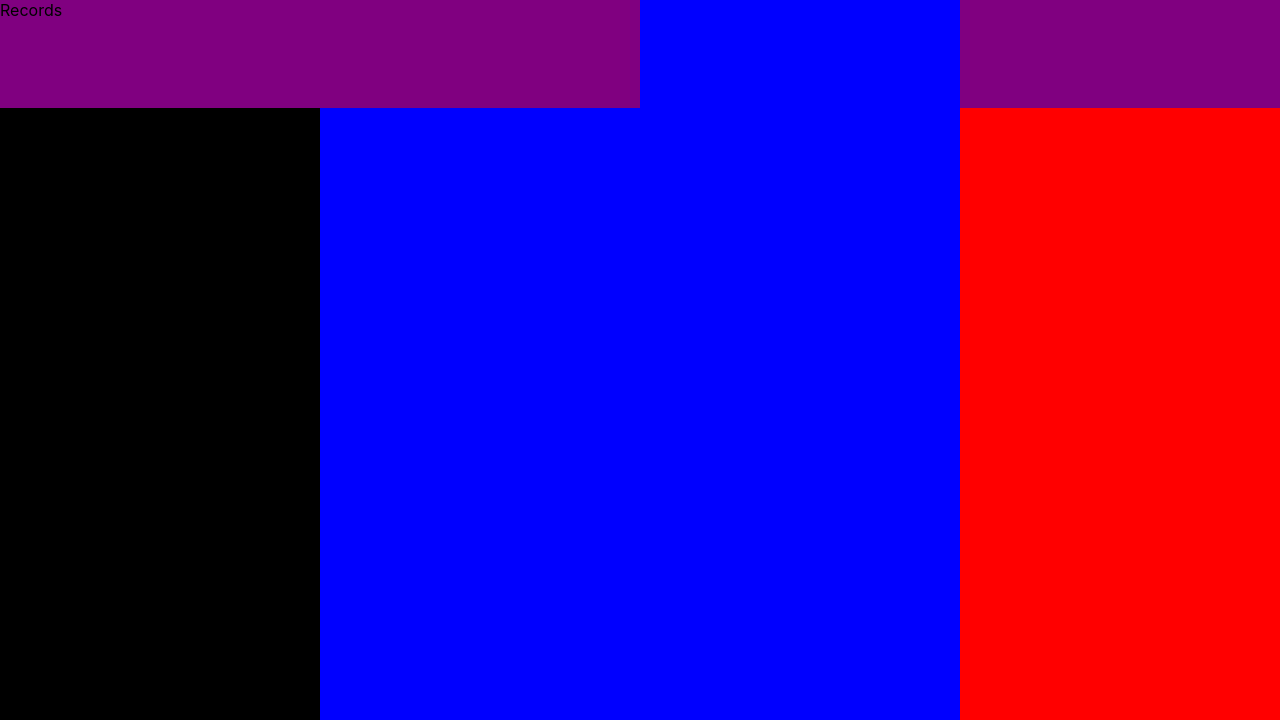
Repository: napan24/classforma_assignment
Page: / (app in client/)
An editor plug-in stored every save of this project. The page is shown before and after the next save, followed by the edit.
The browser window is 1280 px wide. The pictures show the whole page.
The project was rebuilt for these pictures with package versions that can differ from the ones it lists, and the page was loaded fresh each time. Also part of the build but not shown: client/src/App.css.

Above is the page before, as saved 2022-07-19 16:25:59.

### client/src/App.js
import logo from './logo.svg';
import './App.css';
import Home from './Home';

function App() {
  return (
    <>
      <Home></Home>
    </>
  );
}

export default App;

### client/src/Home.js
import React from 'react'

const Home = () => {
    return (
        <>
            <div style={{ display: 'flex', width: "100vw", height: "100vh", backgroundColor: 'red' }}>
                <div style={{ width: "25vw", height: "100vh", backgroundColor: "black" }}>
                    <div style={{ width: "25vw", height: "15vh", backgroundColor: "purple" }}>
                        Records
                    </div>
                    <div>

                    </div>
                </div>
                <div style={{ width: "50vw", height: "100vh", backgroundColor: "blue" }}>
                    <div style={{ width: "25vw", height: "15vh", backgroundColor: "purple" }}>

                    </div>
                    <div>

                    </div>
                </div>
                <div style={{ width: "25vw", height: "100vh", backgroundColor: "red" }}>
                    <div style={{ width: "25vw", height: "15vh", backgroundColor: "purple" }}>

                    </div>
                    <div>

                    </div>
                </div>
            </div>
        </>
    )
}

export default Home

Loaded but not shown: client/public/index.html (common file); client/src/index.js (common file); client/src/index.css (common file); client/src/reportWebVitals.js (common file)

After the next save:
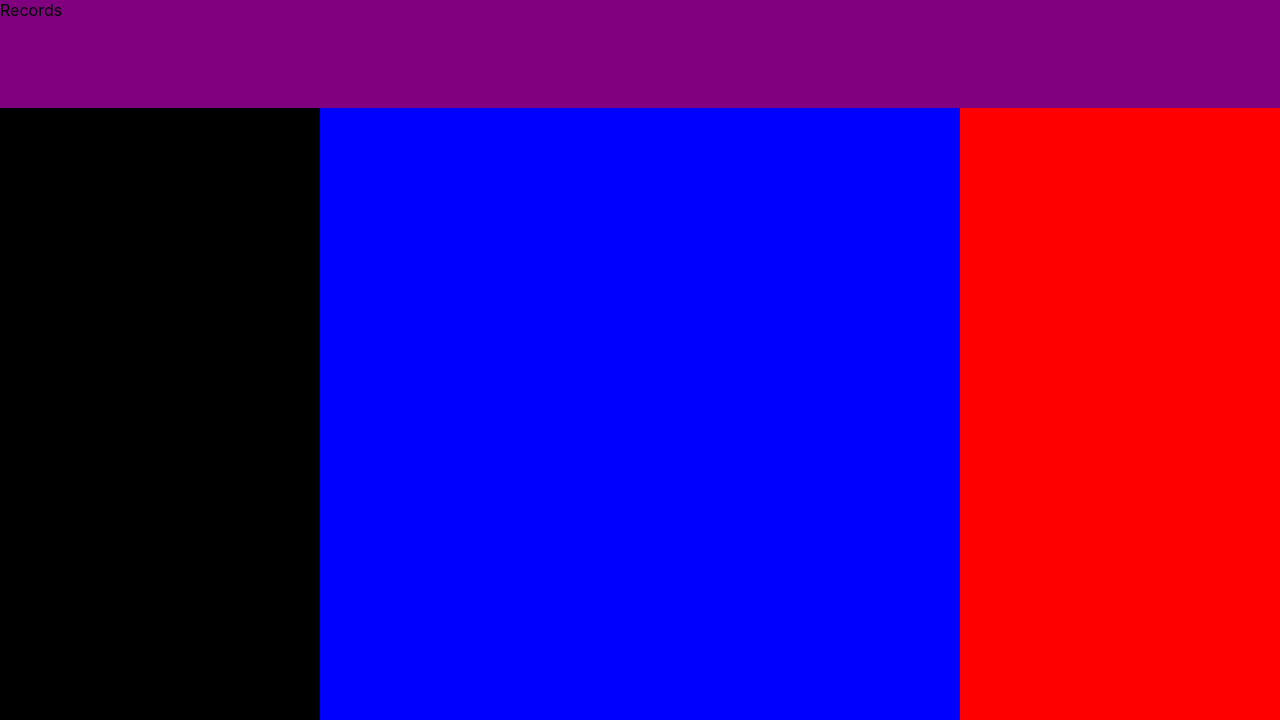
Saved 11 s later.
--- a/client/src/Home.js
+++ b/client/src/Home.js
@@ -13,7 +13,7 @@ const Home = () => {
                     </div>
                 </div>
                 <div style={{ width: "50vw", height: "100vh", backgroundColor: "blue" }}>
-                    <div style={{ width: "25vw", height: "15vh", backgroundColor: "purple" }}>
+                    <div style={{ width: "50vw", height: "15vh", backgroundColor: "purple" }}>
 
                     </div>
                     <div>
